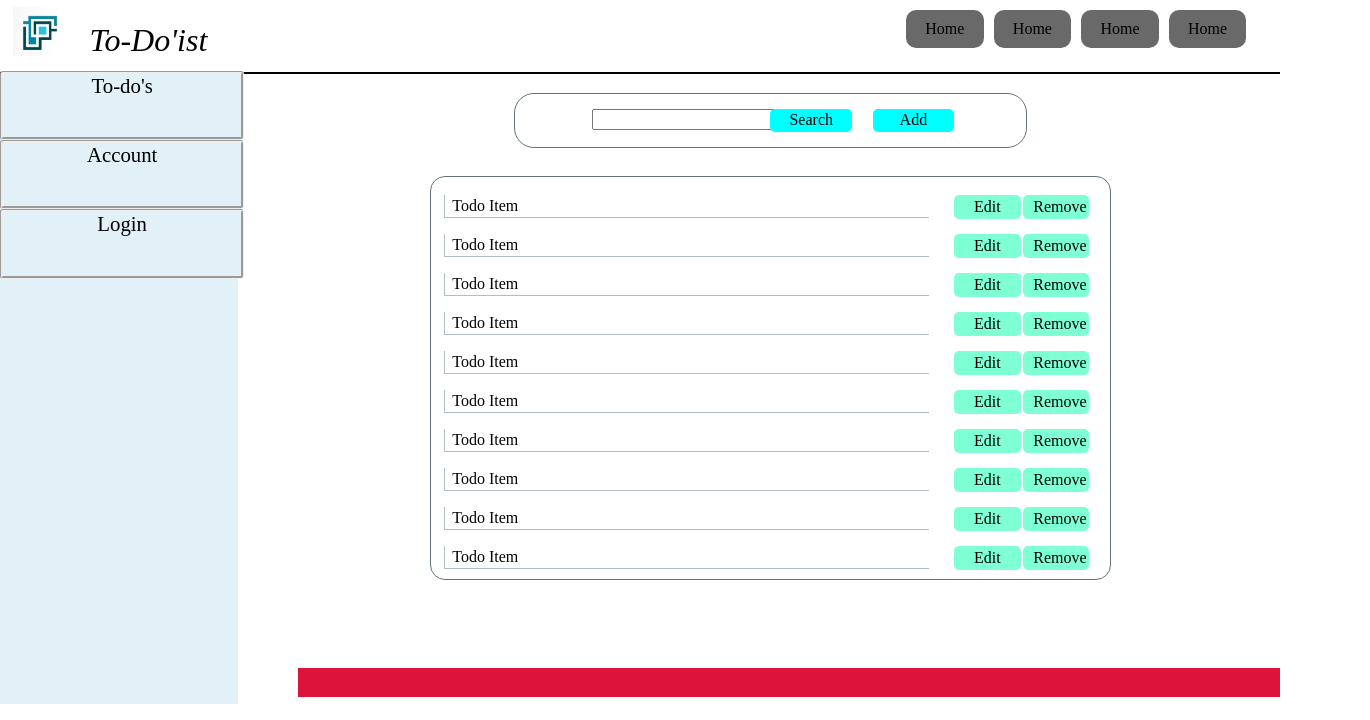
Repository: tavisca-pkadam/Todo-Website
Page: home_grid.html
An editor plug-in stored every save of this project. The page is shown before and after a run of saves, followed by the edit.
The browser window is 1280 px wide. The page is 1370 px wide, so the pictures cover 1370 px, including what lies to the right of the window. The pictures show the whole page.
An inner scrolling area shows only its first screen.

Above is the page before, as saved 2019-08-21 05:30:38.
Console error: TypeError: document.getElementById(...).onclick is not a function

After the next 2 saves:
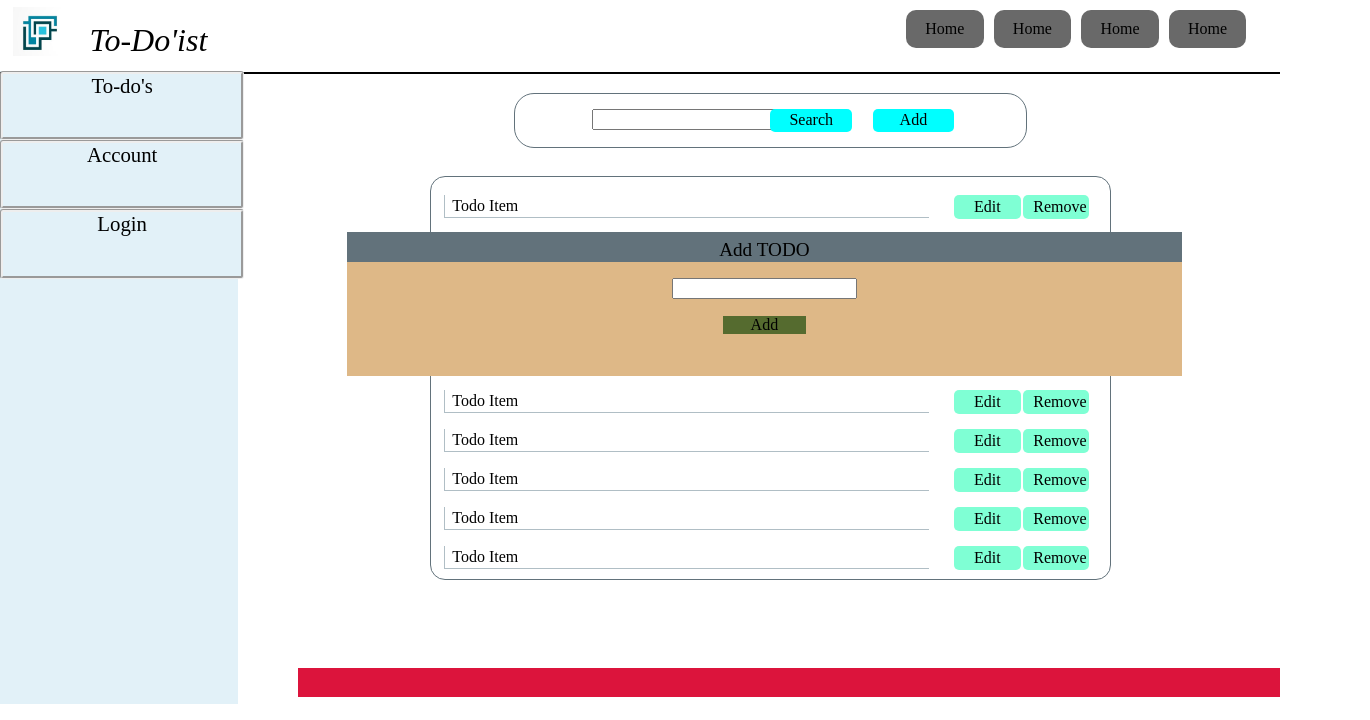
The 2 saves are shown as one change because they came seconds apart.
The last was saved 16 s later.
--- a/main.css
+++ b/main.css
@@ -81,7 +81,7 @@
 }
 
 #todo_add_modal{
-    visibility: hidden;
+    visibility: ;
     position: absolute;
     height: 20vh;
     width: 100%;

After the save that followed:
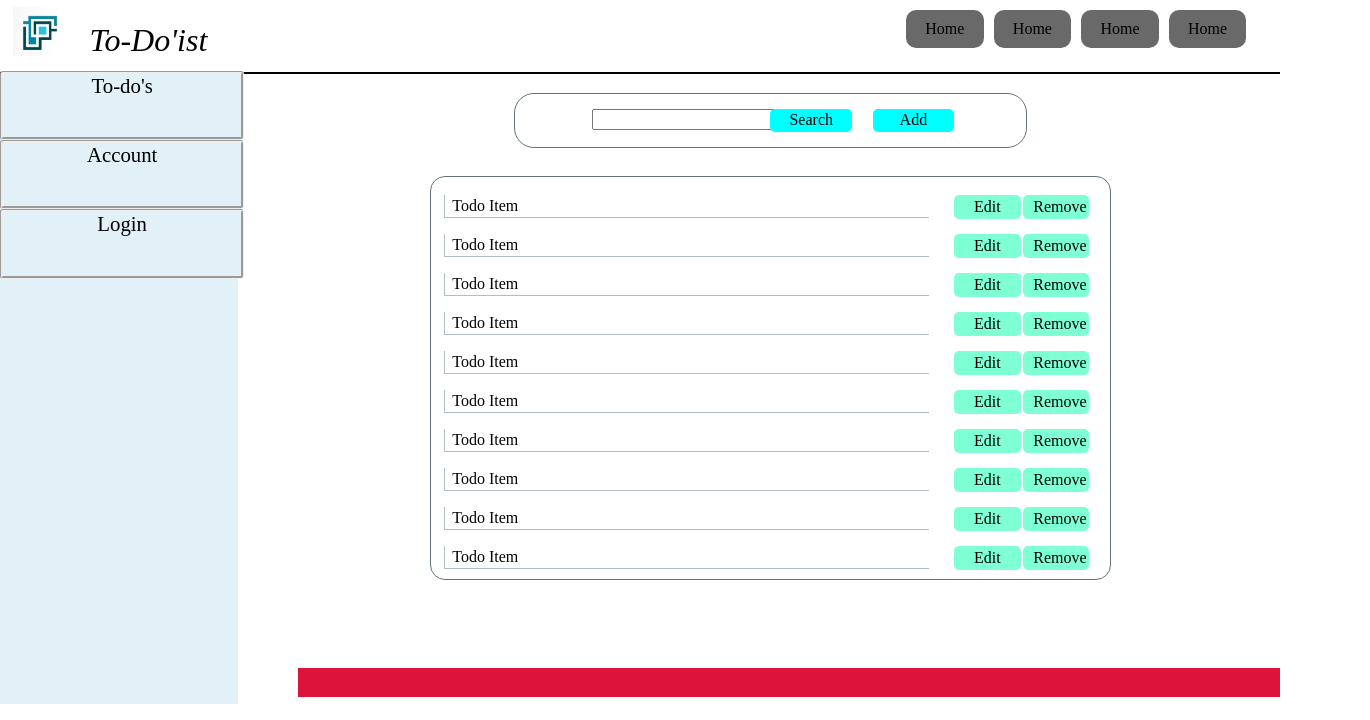
Saved 6 s later.
--- a/main.css
+++ b/main.css
@@ -81,7 +81,7 @@
 }
 
 #todo_add_modal{
-    visibility: ;
+    visibility: hidden;
     position: absolute;
     height: 20vh;
     width: 100%;
